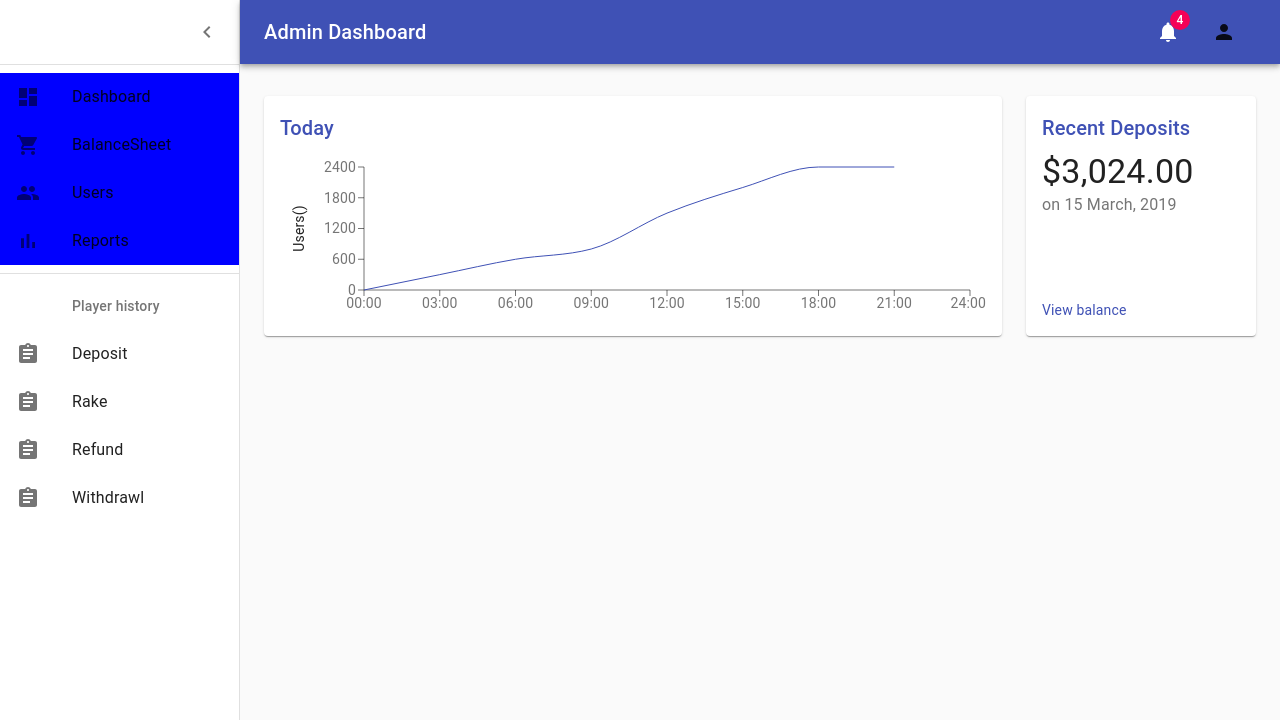
Repository: imayankbisht/ludofrontend
Page: /Dashboard
The author's editor kept a copy of each file at every save. The page is drawn from the files as they stood at one save, then again after the next save.
The browser window is 1280 px wide. The pictures show the whole page.
The project was rebuilt for these pictures with package versions that can differ from the ones it lists, and the page was loaded fresh each time. Also part of the build but not shown: src/axios.js, src/components/login.js.

Above is the page before, as saved 2021-01-16 14:07:32.

### src/App.js
import React from 'react';
import './App.css';
import {
  BrowserRouter as Router,
  Switch,
  Route,
 Redirect
} from "react-router-dom";
// import SignInOutContainer from './containers';
import Dashboard from './components/Dashboard';
import Login from './components/login';
 function App() {
  return (
    <div className="App">
  <Router >
    <Switch>
      <Route path="/login" component={Login} />
      <Route path="/Dashboard" component={Dashboard} />
      <Redirect from="/" to="/login" />
    </Switch>
  </Router>
      </div>
  );
}


export default App;

### src/App.css
.App {
  /* text-align: center; */

}

.App-logo {
  height: 40vmin;
  pointer-events: none;
}

@media (prefers-reduced-motion: no-preference) {
  .App-logo {
    animation: App-logo-spin infinite 20s linear;
  }
}

.App-header {
  background-color: #282c34;
  min-height: 100vh;
  display: flex;
  flex-direction: column;
  align-items: center;
  justify-content: center;
  font-size: calc(10px + 2vmin);
  color: white;
}

.App-link {
  color: #61dafb;
}

@keyframes App-logo-spin {
  from {
    transform: rotate(0deg);
  }
  to {
    transform: rotate(360deg);
  }
}

### src/components/Dashboard.js
import React from 'react';
import clsx from 'clsx';
import { makeStyles } from '@material-ui/core/styles';
import CssBaseline from '@material-ui/core/CssBaseline';
import Drawer from '@material-ui/core/Drawer';
import Box from '@material-ui/core/Box';
import AppBar from '@material-ui/core/AppBar';
import Toolbar from '@material-ui/core/Toolbar';
import List from '@material-ui/core/List';
import Typography from '@material-ui/core/Typography';
import Divider from '@material-ui/core/Divider';
import IconButton from '@material-ui/core/IconButton';
import Badge from '@material-ui/core/Badge';
import Container from '@material-ui/core/Container';
import Grid from '@material-ui/core/Grid';
import Paper from '@material-ui/core/Paper';
// import Link from '@material-ui/core/Link';
import MenuIcon from '@material-ui/icons/Menu';
import ChevronLeftIcon from '@material-ui/icons/ChevronLeft';
import NotificationsIcon from '@material-ui/icons/Notifications';
import { mainListItems, secondaryListItems } from './listItems';
import Chart from './Chart';
import Deposits from './Deposits';
import MenuItem from "@material-ui/core/MenuItem";
import MenuList from "@material-ui/core/MenuList";
import Hidden from "@material-ui/core/Hidden";
import Grow from "@material-ui/core/Grow";
import Poppers from "@material-ui/core/Popper";
import ClickAwayListener from "@material-ui/core/ClickAwayListener";
import Person from "@material-ui/icons/Person";
import classNames from "classnames";
import Button from "@material-ui/core/Button";
import {Link} from 'react-router-dom';

const drawerWidth = 240;

const useStyles = makeStyles((theme) => ({
  root: {
    display: 'flex',
  },
  toolbar: {
    paddingRight: 24, // keep right padding when drawer closed
  },
  toolbarIcon: {
    display: 'flex',
    alignItems: 'center',
    justifyContent: 'flex-end',
    padding: '0 8px',
    ...theme.mixins.toolbar,
  },
  appBar: {
    zIndex: theme.zIndex.drawer + 1,
    transition: theme.transitions.create(['width', 'margin'], {
      easing: theme.transitions.easing.sharp,
      duration: theme.transitions.duration.leavingScreen,
    }),
  },
  appBarShift: {
    marginLeft: drawerWidth,
    width: `calc(100% - ${drawerWidth}px)`,
    transition: theme.transitions.create(['width', 'margin'], {
      easing: theme.transitions.easing.sharp,
      duration: theme.transitions.duration.enteringScreen,
    }),
  },
  menuButton: {
    marginRight: 36,
  },
  menuButtonHidden: {
    display: 'none',
  },
  title: {
    flexGrow: 1,
  },
  drawerPaper: {
    position: 'relative',
    whiteSpace: 'nowrap',
    width: drawerWidth,
    transition: theme.transitions.create('width', {
      easing: theme.transitions.easing.sharp,
      duration: theme.transitions.duration.enteringScreen,
    }),
  },
  drawerPaperClose: {
    overflowX: 'hidden',
    transition: theme.transitions.create('width', {
      easing: theme.transitions.easing.sharp,
      duration: theme.transitions.duration.leavingScreen,
    }),
    width: theme.spacing(7),
    [theme.breakpoints.up('sm')]: {
      width: theme.spacing(9),
    },
  },
  appBarSpacer: theme.mixins.toolbar,
  content: {
    flexGrow: 1,
    height: '100vh',
    overflow: 'auto',
  },
  container: {
    paddingTop: theme.spacing(4),
    paddingBottom: theme.spacing(4),
  },
  paper: {
    padding: theme.spacing(2),
    display: 'flex',
    overflow: 'auto',
    flexDirection: 'column',
  },
  fixedHeight: {
    height: 240,
  },
}));

 function Dashboard() {
  const classes = useStyles();
  const [open, setOpen] = React.useState(true);
  const [openProfile, setOpenProfile] = React.useState(null);
  const handleClickProfile = event => {
    if (openProfile && openProfile.contains(event.target)) {
      setOpenProfile(null);
    } else {
      setOpenProfile(event.currentTarget);
    }
  };
  const handleCloseProfile = () => {
    setOpenProfile(null);
  };
  const handleDrawerOpen = () => {
    setOpen(true);
  };
  const handleDrawerClose = () => {
    setOpen(false);
  };
  const fixedHeightPaper = clsx(classes.paper, classes.fixedHeight);

  return (
    <div className={classes.root}>
      <CssBaseline />
      <AppBar position="absolute" className={clsx(classes.appBar, open && classes.appBarShift)}>
        <Toolbar className={classes.toolbar}>
          <IconButton
            edge="start"
            color="inherit"
            aria-label="open drawer"
            onClick={handleDrawerOpen}
            className={clsx(classes.menuButton, open && classes.menuButtonHidden)}
          >
            <MenuIcon />
          </IconButton>
          <Typography component="h1" variant="h6" color="inherit" noWrap className={classes.title}>
          Admin Dashboard
          </Typography>
          <IconButton color="inherit">
            <Badge badgeContent={4} color="secondary">
              <NotificationsIcon />
            </Badge>
          </IconButton>
          <Button
          color={window.innerWidth > 959 ? "transparent" : "white"}
          justIcon={window.innerWidth > 959}
          simple={!(window.innerWidth > 959)}
          aria-owns={openProfile ? "profile-menu-list-grow" : null}
          aria-haspopup="true"
          onClick={handleClickProfile}
          className={classes.buttonLink}
        >
          <Person className={classes.icons} />
          <Hidden mdUp implementation="css">
            <p className={classes.linkText}>Profile</p>
          </Hidden>
        </Button>
        <Poppers
          open={Boolean(openProfile)}
          anchorEl={openProfile}
          transition
          disablePortal
          className={
            classNames({ [classes.popperClose]: !openProfile }) +
            " " +
            classes.popperNav
          }
        >
          {({ TransitionProps, placement }) => (
            <Grow
              {...TransitionProps}
              id="profile-menu-list-grow"
              style={{
                transformOrigin:
                  placement === "bottom" ? "center top" : "center bottom"
              }}
            >
              <Paper>
                <ClickAwayListener onClickAway={handleCloseProfile}>
                  <MenuList role="menu">
                    <MenuItem
                      onClick={handleCloseProfile}
                      className={classes.dropdownItem}
                    >
                      Profile
                    </MenuItem>
                    <MenuItem
                      onClick={handleCloseProfile}
                      className={classes.dropdownItem}
                    >
                      Settings
                    </MenuItem>
                    <Divider light />
                    <Link to="login">
                    <MenuItem
                      onClick={handleCloseProfile}
                      className={classes.dropdownItem}
                    >
                      Logout
                    </MenuItem>
                    </Link>
                  </MenuList>
                </ClickAwayListener>
              </Paper>
            </Grow>
          )}
        </Poppers>
        </Toolbar>
      </AppBar>
      <Drawer
        variant="permanent"
        classes={{
          paper: clsx(classes.drawerPaper, !open && classes.drawerPaperClose),
        }}
        open={open}
      >
        <div className={classes.toolbarIcon}>
          <IconButton onClick={handleDrawerClose}>
            <ChevronLeftIcon />
          </IconButton>
        </div>
        <Divider />
        <List>{mainListItems}</List>
        <Divider />
        <List>{secondaryListItems}</List>
      </Drawer>
      <main className={classes.content}>
        <div className={classes.appBarSpacer} />
        <Container maxWidth="lg" className={classes.container}>
          <Grid container spacing={3}>
            {/* Chart */}
            <Grid item xs={12} md={8} lg={9}>
              <Paper className={fixedHeightPaper}>
                <Chart />
              </Paper>
            </Grid>
            {/* Recent Deposits */}
            <Grid item xs={12} md={4} lg={3}>
              <Paper className={fixedHeightPaper}>
                <Deposits />
              </Paper>
            </Grid>

          </Grid>

        </Container>
      </main>
    </div>
  );
}
export default Dashboard;

### src/components/listItems.js
import React from 'react';
import ListItem from '@material-ui/core/ListItem';
import ListItemIcon from '@material-ui/core/ListItemIcon';
import ListItemText from '@material-ui/core/ListItemText';
import ListSubheader from '@material-ui/core/ListSubheader';
import DashboardIcon from '@material-ui/icons/Dashboard';
import ShoppingCartIcon from '@material-ui/icons/ShoppingCart';
import PeopleIcon from '@material-ui/icons/People';
import BarChartIcon from '@material-ui/icons/BarChart';
import LayersIcon from '@material-ui/icons/Layers';
import AssignmentIcon from '@material-ui/icons/Assignment';
import Box from '@material-ui/core/Box';

export const mainListItems = (
  <div>
   <Box bgcolor="blue">
   <ListItem button>
      <ListItemIcon>
        <DashboardIcon />
      </ListItemIcon>
      <ListItemText primary="Dashboard" />
    </ListItem>
    <ListItem button>
      <ListItemIcon>
        <ShoppingCartIcon />
      </ListItemIcon>
      <ListItemText primary="BalanceSheet" />
    </ListItem>
    <ListItem button>
      <ListItemIcon>
        <PeopleIcon />
      </ListItemIcon>
      <ListItemText primary="Users" />
    </ListItem>
    <ListItem button>
      <ListItemIcon>
        <BarChartIcon />
      </ListItemIcon>
      <ListItemText primary="Reports" />
    </ListItem>
   </Box>

  </div>
);

export const secondaryListItems = (
  <div>
    <ListSubheader inset>Player history</ListSubheader>
    <ListItem button>
      <ListItemIcon>
        <AssignmentIcon />
      </ListItemIcon>
      <ListItemText primary="Deposit" />
    </ListItem>
    <ListItem button>
      <ListItemIcon>
        <AssignmentIcon />
      </ListItemIcon>
      <ListItemText primary="Rake" />
    </ListItem>
    <ListItem button>
      <ListItemIcon>
        <AssignmentIcon />
      </ListItemIcon>
      <ListItemText primary="Refund" />
    </ListItem>
    <ListItem button>
      <ListItemIcon>
        <AssignmentIcon />
      </ListItemIcon>
      <ListItemText primary="Withdrawl" />
    </ListItem>
  </div>
);

### src/components/Chart.js
import React from 'react';
import { useTheme } from '@material-ui/core/styles';
import { LineChart, Line, XAxis, YAxis, Label, ResponsiveContainer } from 'recharts';
import Title from './Title';

// Generate Sales Data
function createData(time, amount) {
  return { time, amount };
}

const data = [
  createData('00:00', 0),
  createData('03:00', 300),
  createData('06:00', 600),
  createData('09:00', 800),
  createData('12:00', 1500),
  createData('15:00', 2000),
  createData('18:00', 2400),
  createData('21:00', 2400),
  createData('24:00', undefined),
];

export default function Chart() {
  const theme = useTheme();

  return (
    <React.Fragment>
      <Title>Today</Title>
      <ResponsiveContainer>
        <LineChart
          data={data}
          margin={{
            top: 16,
            right: 16,
            bottom: 0,
            left: 24,
          }}
        >
          <XAxis dataKey="time" stroke={theme.palette.text.secondary} />
          <YAxis stroke={theme.palette.text.secondary}>
            <Label
              angle={270}
              position="left"
              style={{ textAnchor: 'middle', fill: theme.palette.text.primary }}
            >
              Users()
            </Label>
          </YAxis>
          <Line type="monotone" dataKey="amount" stroke={theme.palette.primary.main} dot={false} />
        </LineChart>
      </ResponsiveContainer>
    </React.Fragment>
  );
}

### src/components/Deposits.js
import React from 'react';
import Link from '@material-ui/core/Link';
import { makeStyles } from '@material-ui/core/styles';
import Typography from '@material-ui/core/Typography';
import Title from './Title';

function preventDefault(event) {
  event.preventDefault();
}

const useStyles = makeStyles({
  depositContext: {
    flex: 1,
  },
});

export default function Deposits() {
  const classes = useStyles();
  return (
    <React.Fragment>
      <Title>Recent Deposits</Title>
      <Typography component="p" variant="h4">
        $3,024.00
      </Typography>
      <Typography color="textSecondary" className={classes.depositContext}>
        on 15 March, 2019
      </Typography>
      <div>
        <Link color="primary" href="#" onClick={preventDefault}>
          View balance
        </Link>
      </div>
    </React.Fragment>
  );
}

Loaded but not shown: public/index.html (common file); src/index.js (common file); src/index.css (common file); src/serviceWorker.js (common file); src/components/Title.js (common file)

After the next save:
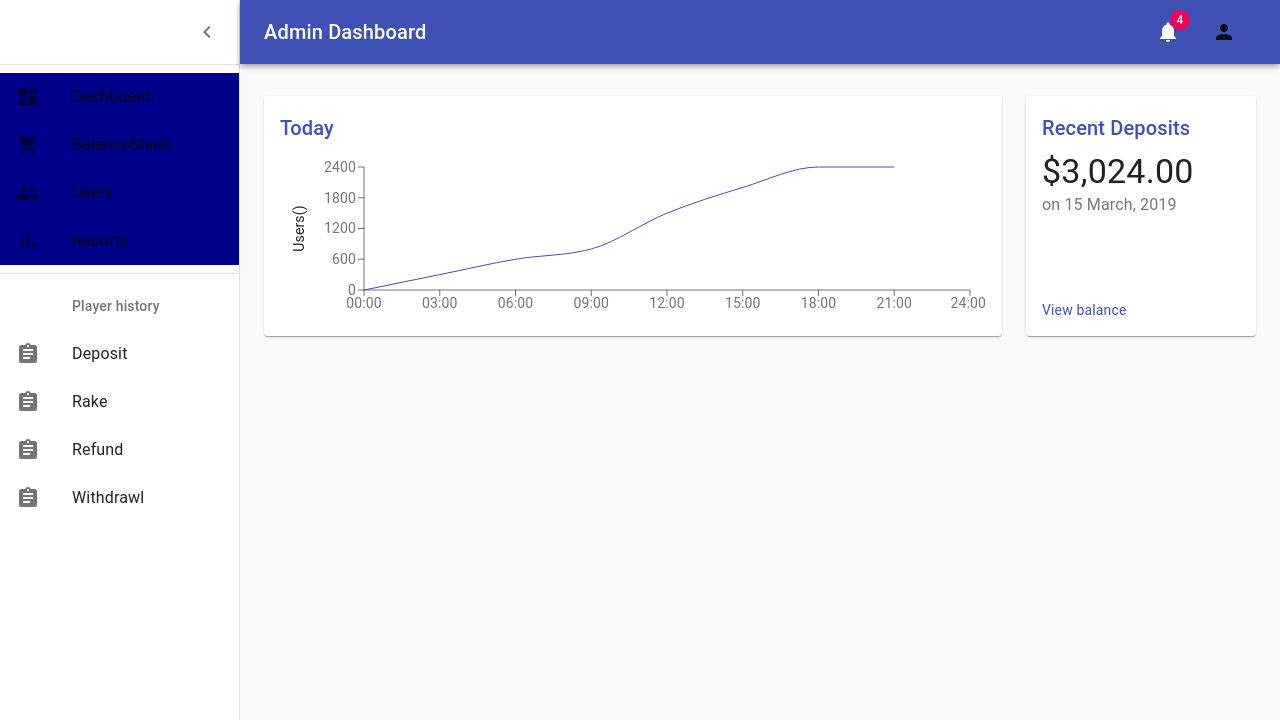
Saved 15 s later.
--- a/src/components/listItems.js
+++ b/src/components/listItems.js
@@ -13,7 +13,7 @@ import Box from '@material-ui/core/Box';
 
 export const mainListItems = (
   <div>
-   <Box bgcolor="blue">
+   <Box bgcolor="darkblue">
    <ListItem button>
       <ListItemIcon>
         <DashboardIcon />
